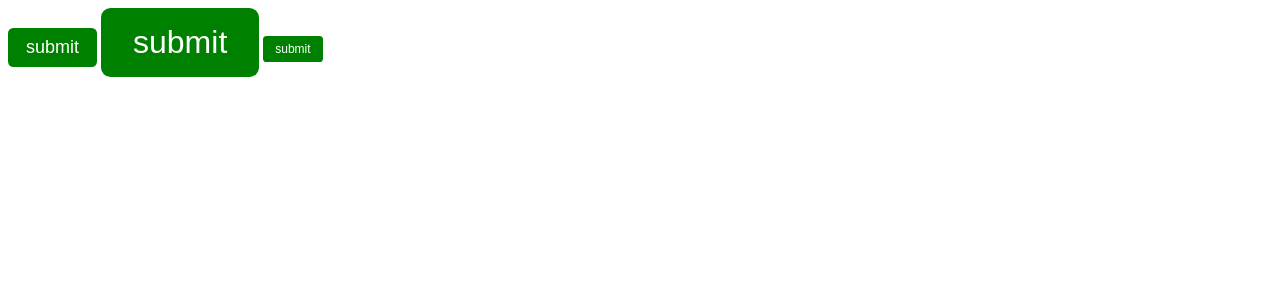
Repository: nepali2385/FUll-stack-practice
Page: Day5/Day5/index.html
An editor plug-in stored every save of this project. The page is shown before and after the next save, followed by the edit.
The browser window is 1280 px wide. The pictures show the whole page.

Above is the page before, as saved 2024-08-27 14:24:53.

After the next save:
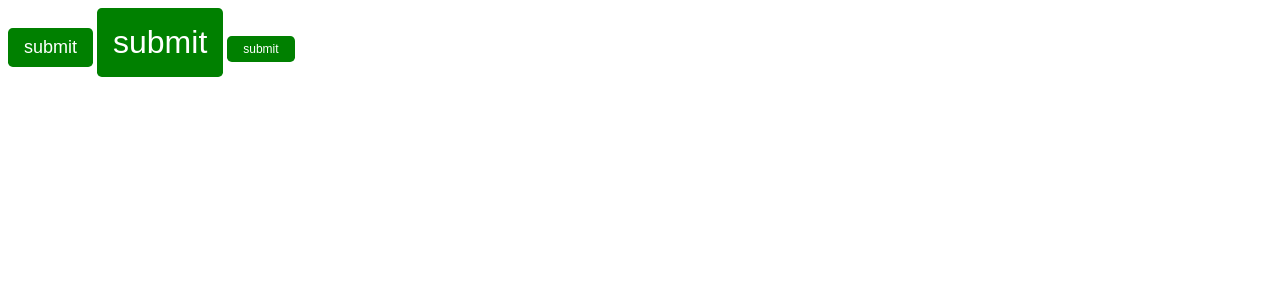
Saved 2 min 31 s later.
--- a/Day5/Day5/style.css
+++ b/Day5/Day5/style.css
@@ -19,11 +19,12 @@ background-color: rgb(141, 165, 194);
 font-size: 2em;
 width: 10em;
 } */
+/*  */
 .btn{
     border:none;
-    padding:0.5em 1em;
+    padding:0.5em 1rem;
     background-color:green;
-    border-radius: 0.3em;
+    border-radius: 0.3rem;
     color:white;
     font-size: 18px;
 
